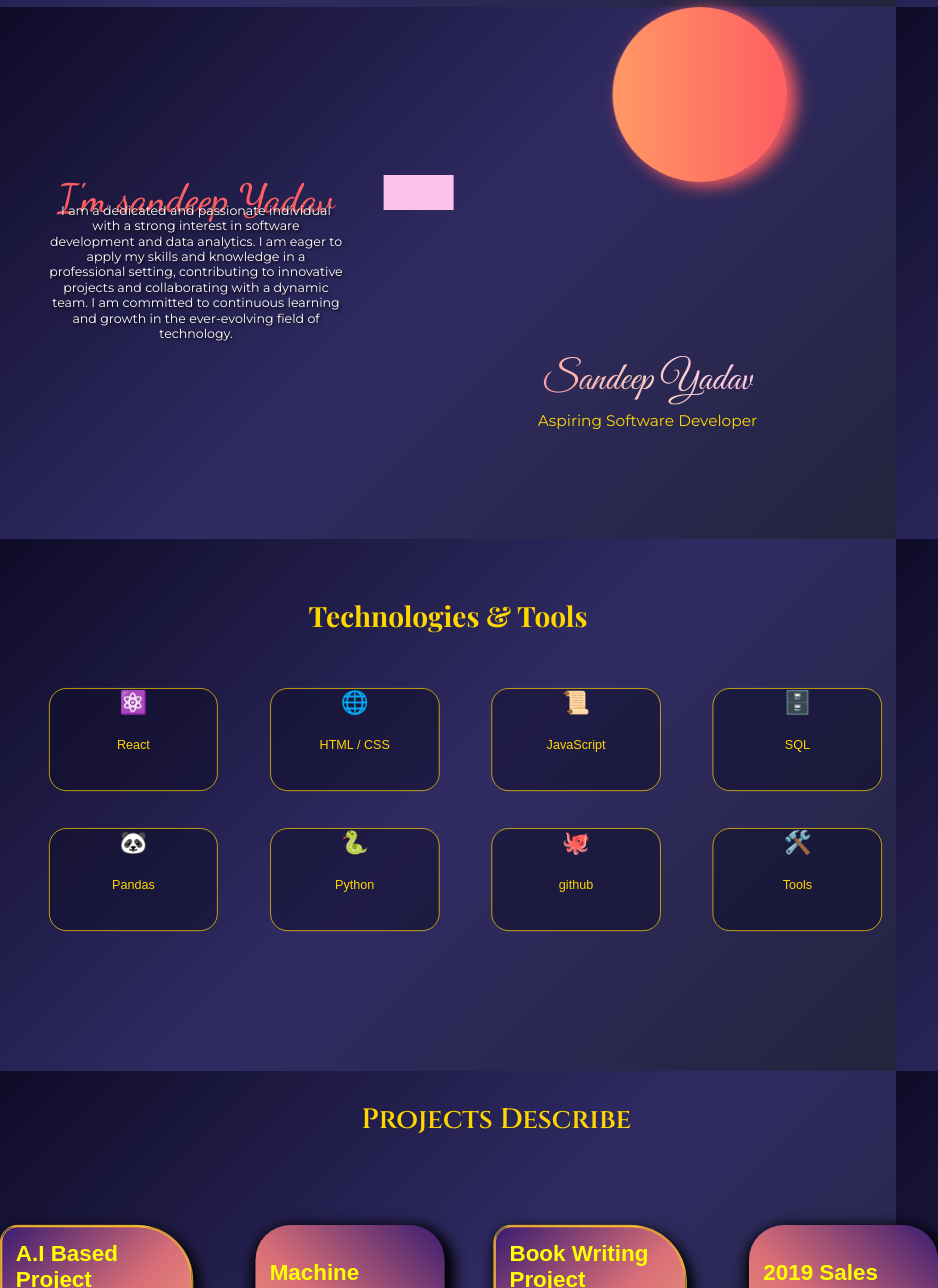
Repository: SandeepYadav18717/Sandeep_portfolio
Page: /
The author's editor kept a copy of each file at every save. The page is drawn from the files as they stood at one save, then again after the next save.
The browser window is 1280 px wide. The page is 1340 px wide, so the pictures cover 1340 px, including what lies to the right of the window. The pictures show the part of the page from y = 750 to 2590 px (the page is 4565 px tall), at 70% of full size.
The project was rebuilt for these pictures with package versions that can differ from the ones it lists, and the page was loaded fresh each time. Also part of the build but not shown: vite.config.js.

Above is the page before, as saved 2025-09-03 05:53:16.

### index.html
<<<<<<< HEAD
 <!DOCTYPE html>
<html lang="en">
<head>
    <meta charset="UTF-8">
    <meta name="viewport" content="width=device-width, initial-scale=1.0">
    <title>Portfolio - Sandeep Yadav</title>
    <style>
        body {
            margin: 0;
            font-family: 'Arial', sans-serif;
            background-color: #ffffff;
            color: #333333;
            height: 100vh;
            display: flex;
            flex-direction: column;
            justify-content: space-between;
        }

        .container {
            max-width: 1200px;
            margin: 0 auto;
            padding: 20px;
            flex: 1;
        }

        .navbar {
            display: flex;
            justify-content: space-between;
            align-items: center;
            padding: 20px;
            background-color: #f8f8f8;
            box-shadow: 0 4px 8px rgba(0, 0, 0, 0.1);
            animation: slideIn 1s ease-out;
        }

        .navbar ul {
            list-style: none;
            display: flex;
            gap: 20px;
        }

        .navbar ul li {
            display: inline;
        }

        .navbar ul li a {
            color: #333333;
            text-decoration: none;
            font-weight: bold;
            transition: color 0.3s;
        }

        .navbar ul li a:hover {
            color: #007bff;
        }

        .hero {
            text-align: center;
            padding: 100px 20px;
            background: linear-gradient(135deg, #f8f8f8, #ffffff);
            animation: fadeIn 2s ease-in-out;
            flex: 1;
        }

        .hero h1 {
            font-size: 3em;
            margin: 0;
            color: #007bff;
            animation: bounceIn 1.5s ease-in-out;
        }

        .hero p {
            font-size: 1.2em;
            margin: 20px 0;
            color: #333333;
            animation: fadeIn 2s ease-in-out;
        }

        .hero a {
            display: inline-block;
            padding: 10px 20px;
            color: #ffffff;
            background-color: #007bff;
            text-decoration: none;
            border-radius: 5px;
            transition: background-color 0.3s;
            animation: fadeIn 2s ease-in-out;
        }

        .hero a:hover {
            background-color: #0056b3;
        }

        .footer {
            text-align: center;
            padding: 20px;
            background-color: #f8f8f8;
            animation: slideIn 1s ease-out;
        }

        .footer a {
            color: #007bff;
            text-decoration: none;
        }

        @keyframes slideIn {
            from {
                transform: translateY(-100%);
                opacity: 0;
            }
            to {
                transform: translateY(0);
                opacity: 1;
            }
        }

        @keyframes fadeIn {
            from {
                opacity: 0;
            }
            to {
                opacity: 1;
            }
        }

        @keyframes bounceIn {
            0%, 20%, 40%, 60%, 80%, 100% {
                transform: translateY(0);
            }
            50% {
                transform: translateY(-20px);
            }
        }
    </style>
</head>
<body>
    <div class="container">
        <nav class="navbar">
            <div class="logo">
                <h1>Portfolio</h1>
            </div>
            <ul>
                <li><a href="index.html">Home</a></li>
                <li><a href="about sandeep.html">About</a></li>
                <li><a href="Sandeep port experience.html">Skills</a></li>
                <li><a href="Sandeep port certifications.html">Certificates</a></li>
            </ul>
        </nav>

        <section class="hero" id="home">
            <h1>Hello! I Am Sandeep Yadav</h1>
            <p>Welcome to my portfolio. Explore my work and skills.</p>

        </section>

        <footer class="footer">
            <p>Connect with me on <a href="https://instagram.com/sandeepyadav782707?utm_source=qr&igshid=ZDc4ODBmNjlmNQ%3D%3D">Instagram</a> and <a href="https://www.linkedin.com/in/sandeep-yadav-0b6357210">LinkedIn</a></p>
        </footer>
    </div>
</body>
</html>
=======
<!doctype html>
<html lang="en">
  <head>
    <meta charset="UTF-8" />
    <link rel="icon" type="image/svg+xml" href="/vite.svg" />
    <meta name="viewport" content="width=device-width, initial-scale=1.0" />
    <title>Vite + React</title>
  </head>
  <body>
    <div id="root"></div>
    <script type="module" src="/src/main.jsx"></script>
  </body>
</html>
>>>>>>> 4fd1c6c (Initial upload of React portfolio project)

### src/App.jsx
import { useEffect } from "react";
import Navbar from "./navbar/Navbar";
import Index from "./Pages/Index";
import Skills from "./Pages/Skills";

import Cards  from "./Cards/Cards";
import Contact from "./Contact/contact";
import Cert from "./Certifitae/Certi.jsx";   // 👈 yaha import kar

import "./App.css";

function App() {
  useEffect(() => {
    const observer = new IntersectionObserver(
      (entries) => {
        entries.forEach((entry) => {
          if (entry.isIntersecting) {
            entry.target.classList.add("visible");
          } else {
            entry.target.classList.remove("visible");
          }
        });
      },
      { threshold: 0.2 } // 20% section visible hote hi trigger
    );

    document.querySelectorAll(".section").forEach((sec) => {
      observer.observe(sec);
    });

    return () => observer.disconnect();
  }, []);

  return (
    <>


      <Navbar />
      <section id="home" className="section"><Index /></section>
      <section id="skills" className="section"><Skills /></section>
      <section id="projects" className="section"><Cards /></section>
      <section id="Certifitae" className="section"><Cert /></section>
       <section id="contact" className="section"><Contact /></section>
    </>
  );
}

export default App;

### src/Navbar/Navbar.jsx
import "./Navabr.css";



import { useState,useEffect } from 'react'
function Navbar() {
  const [loaded, setLoaded] = useState(false);

  useEffect(() => {
    // Trigger animation when component mounts
    setLoaded(true);
  }, []);
  function About(){
    location.href = 'Home.jsx';
    console.log("clickedded");
  }
  function Project(){
    location.href = 'Cards.jsx';
    console.log("clicked");
  }

    return (
        <div id="container">
       <a href="#home" className="nav-item">Home</a>
        <a href="#skills" className="nav-item">Skills</a>
        <a href="#projects" className="nav-item">Projects</a>
        <a href="#Certifitae" className="nav-item">Certificate</a>
        <a href="#contact" className="nav-item">Contact</a>
        </div>
    )
}

export default Navbar;

### src/Pages/Index.jsx

import "./Home.css";
import Linkdin from "../Pages/Linkdin.png"; // Adjust the path based on the actual location

function Home() {
  return (
    <>

     <div id="detail">


     <div id="overlay">I'm sandeep Yadav
       <div id="Linkdin">
        <img src={Linkdin} alt=""
        style={{
        width: "120px",
        height: "120px",
         borderRadius: "50%",
        objectFit: "cover",
        border: "2px solid #0A66C2",
           marginTop: "0px"   }} />
       </div>
      <div id="Instagram"></div>
      <div id="twitter"></div>
     </div>
     <div id="bg-Photo">

     </div>

     <div id="intro">

          I am a dedicated and passionate individual with a strong interest in
          software development and data analytics. I am eager to apply my skills
          and knowledge in a professional setting, contributing to innovative
          projects and collaborating with a dynamic team. I am committed to
          continuous learning and growth in the ever-evolving field of
          technology.

    </div>


   <div id="name">

          Sandeep Yadav
      </div>

   <div id="role">
          Aspiring Software Developer


     </div></div>
     <br/><br/><br/><br/><br/>
    </>
  );
}

export default Home;

### src/Pages/Skills.jsx
import { Card } from "../Cards/Cards"
import "./Skills.css"


function Skills() {
  return (
    <>
      <h1> Technologies & Tools</h1>
      <div id="card-skill">
        <Card
          className="card-skill-1"
          title={<>⚛️</>}
          description="React"
        />
        <Card
          className="card-skill-2"
          title={<>🌐</>}
          description="HTML / CSS"
        />
        <Card
          className="card-skill-3"
          title={<>📜</>}
          description="JavaScript"
        />
        <Card
          className="card-skill-4"
          title={<>🗄️</>}
          description="SQL"
        />
      </div>

      {/* another div line 2 */}
      <div id="card-skill">
        <Card
          className="card-skill-1"
          title={<>🐼</>}
          description="Pandas"
        />
        <Card
          className="card-skill-2"
          title={<>🐍</>}
          description="Python"
        />
        <Card
          className="card-skill-3"
          title={<>🐙</>}
          description="github"
        />
        <Card
          className="card-skill-4"
          title={<>🛠️</>}
          description="Tools"
        />
      </div>
    </>
  )
}

export default Skills;

### src/Contact/contact.jsx
import { useState } from "react";
import "./contact.css";

function Contact() {
  const [name, setName] = useState("");
  const [Email, setEmail] = useState("");
  const [phone, setPhone] = useState("");
  function on(event){
    setName(event.target.value)

  }
   function email(event){
    setEmail(event.target.value)

  }
   function Phone(event){
    setPhone(event.target.value)

  }


  return (
    <>
    <div id="heading">Get in <span style={{color:"gold"}}>Touch</span> With Us
</div>
<br />
<div id="value">
      <input
        type="text"
        onChange={on}

        placeholder="Enter your name"
        className="input-box"
      /><br />
      {name}

      <br />

      <input
      className="input-box"
        type="email"
        onChange={email}
        placeholder="Enter your Email"
      /><br />
     Email is: {Email}
<br />
       <input
       className="input-box"
        type="Phone"
        onChange={Phone}

        placeholder="Enter your Phone number"
      />
      <br />
      Mobile No:{phone}
      <br />
    <br />

  <button >submit</button>
    </div>
    </>
  );
}


export default Contact;

### src/Certifitae/Certi.jsx

import Card from "../Cards/Cards";

import "./certi.css";
import python from "./python.png";
import Html from "./Html.jpg";
import image from "./image_cd97ae3d-5304-4b07-9a13-3357f6d9babd20230831_163952.jpg";
import go from "./Googleanalytics.jpg";

function Cert() {
  return (
    <div>
<h1 style={{ fontFamily: 'Playfair Display' }}> Certifications & Achievements</h1>
      <div id="card-skills">

        <ul>
          <img src={python} alt="python" />

          <img src={Html} alt="" />

          <img src={go} />

        </ul>


      </div>


    </div>
  );
}

export default Cert;

### src/App.css

html { scroll-behavior: smooth; }

.section {
  min-height: 100vh;
  opacity: 0;
  transform: translateY(80px);
  transition: all 1.2s ease-in-out;
  transition-delay: 0.3s;
}

.section.visible {
  opacity: 1;
  transform: translateY(0);
}

### src/Navbar/Navabr.css
@import url('https://fonts.googleapis.com/css2?family=Press+Start+2P&display=swap');
html {
  scroll-behavior: smooth;
}
#container {
    height: 70px;
    width: 100%;
    display: flex;
    justify-content: space-evenly;
    align-items: center;
    font-family: 'Press Start 2P', cursive;
    color: #4e3940;
    background-color: transparent;
    transition: all 0.2s ease-in-out;
}
#container

.nav-item {
    padding: 10px 25px;
    border-radius: 10px;


    transition: all 0.4s ease;
}

#container .nav-item:hover {
    text-shadow: 2px 2px 5px whitesmoke;
    box-shadow: 0 10px 20px rgba(0,0,0,0.5);
    transform: translateY(-10px) scale(1.1);
    background-color:  #4e3940;
    color: whitesmoke;
    cursor: pointer;
}

body{
    background: linear-gradient(135deg,black);
    height: 100vh;
}

### src/Pages/Home.css
@import url('https://fonts.googleapis.com/css2?family=Great+Vibes&display=swap');
@import url("https://fonts.googleapis.com/css2?family=Dancing+Script:wght@600&display=swap");

#detail {
  position: relative;
  margin-top: 0%;
  height: auto;
  padding: 50px;
  display: flex;
  flex-direction: column;
  align-items: center;
}

#bg-Photo {
  height: 250px;
  width: 250px;
  background: linear-gradient(to right, #ff9966, #ff5e62);
  border-radius: 50%;
  margin-bottom: 30px;
  margin-left: 100vh;
  box-shadow: 12px 5px 25px #ff5e62;
  animation: photoSlide 1.5s ease forwards;
   display:flex;
 justify-content: space-between;

}

@keyframes photoSlide {
  from {
    transform: translateY(-200%);
    opacity: 0;
  }
  to {
    transform: translateY(0);
    opacity: 1;
  }
}


#name {
  font-family: 'Montserrat', sans-serif;
  font-size: 30px;
  color: white;
  margin-bottom: 10px;
  margin-left: 50%;
  animation: nameSlide 1.5s ease forwards;
}

@keyframes nameSlide {
  from {
    transform: translateX(-100%);
    opacity: 0;
  }
  to {
    transform: translateX(0);
    opacity: 1;
  }
}


#role {
  font-family: 'Montserrat', sans-serif;
  font-size: 22px;
  color: #ffd700;
  margin-bottom: 20px;
  animation: roleSlide 1.5s ease forwards;
  margin-left: 50%;
}

@keyframes roleSlide {
  from {
    transform: translateX(100%);
    opacity: 0;
  }
  to {
    transform: translateX(0);
    opacity: 1;
  }
}


#intro {
  font-family: 'Montserrat', sans-serif;
  font-size: 18px;
  color: white;
  text-align: center;
  margin-right: 100vh;
  max-width: 100vh;
  text-shadow: 2px 2px 5px black;
  animation: introSlide 2s ease forwards;
  opacity: 0;
}

@keyframes introSlide {
  from {
    transform: translateY(200%);
    opacity: 0;
  }
  to {
    transform: translateY(0);
    opacity: 1;
  }
}
#overlay {
  position: absolute;
  color:  #ff5e62;
  top: 40%;
  left: 5%;
  font-size: 400%;
  height: 100%;
}

#name {
  font-family: 'Great Vibes', cursive;
  font-size: 3.5rem;
  text-align: center;
  margin-top: 20px;


  background: linear-gradient(45deg, #ff9a9e, #fad0c4, #fbc2eb);
  background-clip: text;
  -webkit-text-fill-color: transparent;
}
#overlay{
   font-family:  'Dancing Script', cursive;
  font-size: 3.5rem;
  text-align: center;
  display:flex;
  gap:10px


}




#Linkdin{
  height:50px;
  width:50px;
  margin-top: 450%;
  background-color: red;
  border-radius: 50%;
  animation: photoSlide 1.5s ease forwards;
}
#instagram{
  background-color: #fbc2eb;
   height:50px;
  width:100px;
}

### src/Pages/Skills.css
@import url("https://fonts.googleapis.com/css2?family=Monoton&display=swap");
@import url('https://fonts.googleapis.com/css2?family=Playfair+Display:wght@400;700&display=swap');

html {
  scroll-behavior: smooth;
}
h1 {
  text-align: center;
  color: gold;

  margin-top: 20px;
  font-size: 250%;
  margin-top: 5%;
  font-family: 'Playfair Display';
}
#card-skill {
  height: 200px;
  display: flex;

  align-items: center;
  gap:2%;
  border-radius: 20px;
  color: white;
  width:100%




}
.card-skill-1,.card-skill-2,.card-skill-3,.card-skill-4{
    background-color:  rgba(15, 12, 41, 0.7);
    border: 1px solid gold;
    height:145px;
    width:250px;
    background: rgba(15, 12, 41, 0.5);
    border-radius: 25px;
    margin-left: 4%;
    margin-top: 5%;
    text-align: center;
    color: #ffd700


 ;


}
.card-skill-1:hover,.card-skill-2:hover,.card-skill-3:hover,.card-skill-4:hover,.card-skill.h3:hover{
    border-color: #ffd700;
    box-shadow: 10px 15px 15px rgba(255, 215, 0, 0.2),  0 2.5px 5px crimson;
    transform: scale(1.3);
    border:2px, double ,gold;

}
.card-skill.h3 {
  color: yellow;
  background: transparent;
  display: inline-block;
  font-size: 20px;
  transition: transform 0.3s ease, color 0.3s ease;
  height: 35px;
  width:250px;
}

### src/Contact/contact.css
html {
  scroll-behavior: smooth;
}

body{
    background-color: azure;
    color: aqua;
    font-size: large;
}
.input-box {
             display: inline-flex;
            align-items: center;
            gap: 15px;
            margin-top: 2%;
            padding: 18px 40px;
            background: linear-gradient(135deg, var(--gold) 0%, #B8860B 100%);
            color: var(--dark);
            border: none;
            font-weight: 600;
            border-radius: 2px;
            transition: var(--transition);
            box-shadow: 0 10px 30px rgba(212, 175, 55, 0.3);
            cursor: pointer;



}
@keyframes input {
   25% {
    transform: translateY(-1225px);
  }
  50% {
    transform: translateZ(100px) translateY(100px);
  }
  75% {
    transform: translateZ(1225px);
  }
}


.input-box:focus {
  border-color: #007bff;
  box-shadow: -4px 15px 25px rgba(240, 241, 243, 0.5);
  width: 500px;

}
button{
    display: inline-flex;
            align-items: center;

            gap: 15px;
            padding: 18px 40px;
            background: linear-gradient(to right, #ff9966, #ff5e62);
            color: Gold;
            border: yellow;
            font-weight: 600;
            border-radius: 2px;
            transition: var(--transition);
            box-shadow: 0 10px 30px rgba(212, 175, 55, 0.3);
            cursor: pointer;
}
button:hover{
     transform: translateY(-3px);
            box-shadow: 0 15px 40px rgba(212, 175, 55, 0.4);
}
#heading{
    font-size: xxx-large;
    color:  #f9dcdc;
    text-shadow: 1px 1px 4px  gold;
    text-align: center;
}

Loaded but not shown: src/main.jsx (common file); src/index.css (common file); src/Cards/Cards.jsx (86 lines, source omitted); src/Cards/Card.css (149 lines, source omitted); src/Certifitae/certi.css (65 lines, source omitted)

After the next save:
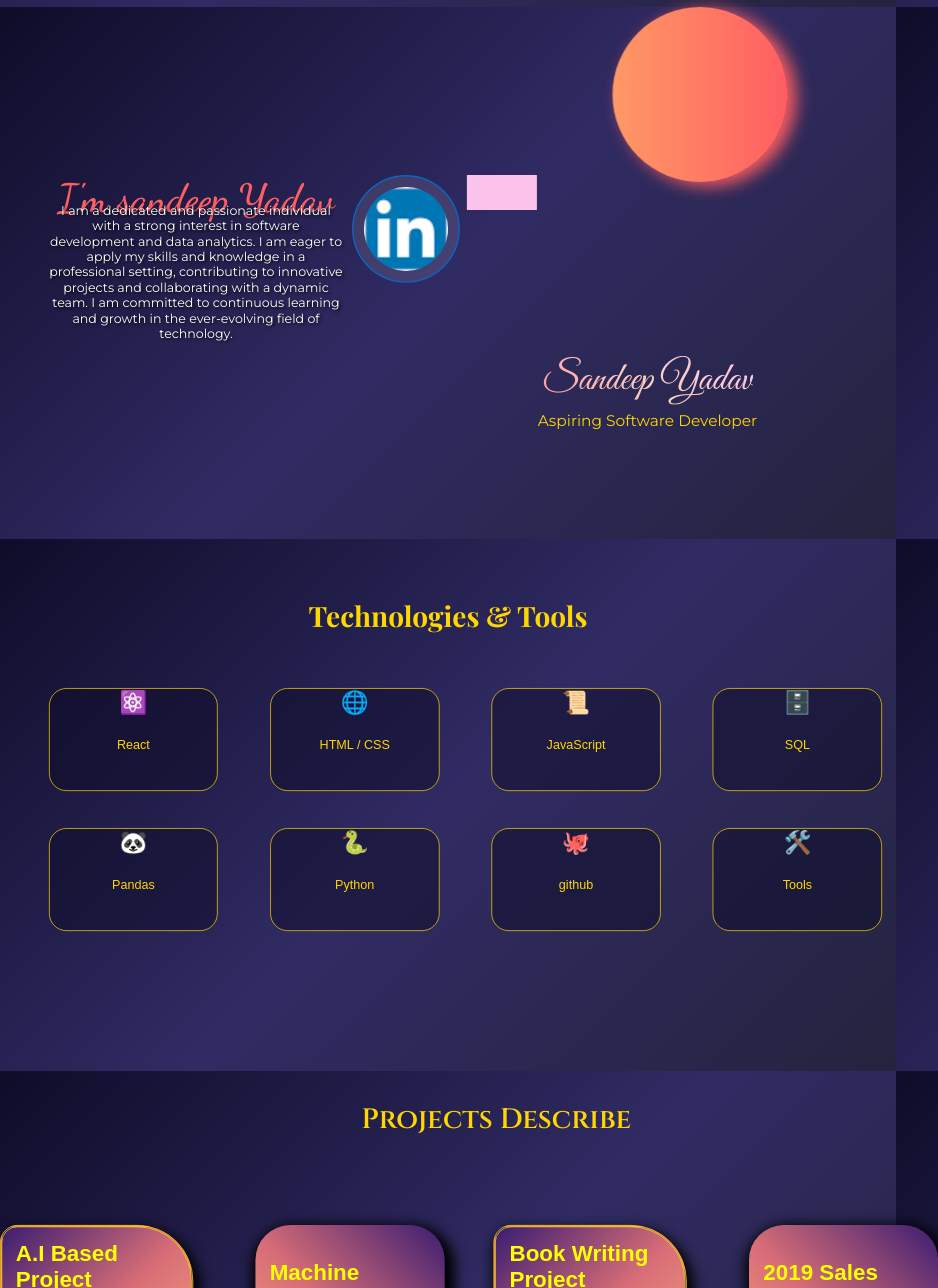
Saved 36 s later.
--- a/src/Pages/Home.css
+++ b/src/Pages/Home.css
@@ -134,14 +134,7 @@
 
 
 
-#Linkdin{
-  height:50px;
-  width:50px;
-  margin-top: 450%;
-  background-color: red;
-  border-radius: 50%;
-  animation: photoSlide 1.5s ease forwards;
-}
+
 #instagram{
   background-color: #fbc2eb;
    height:50px;

After the save that followed:
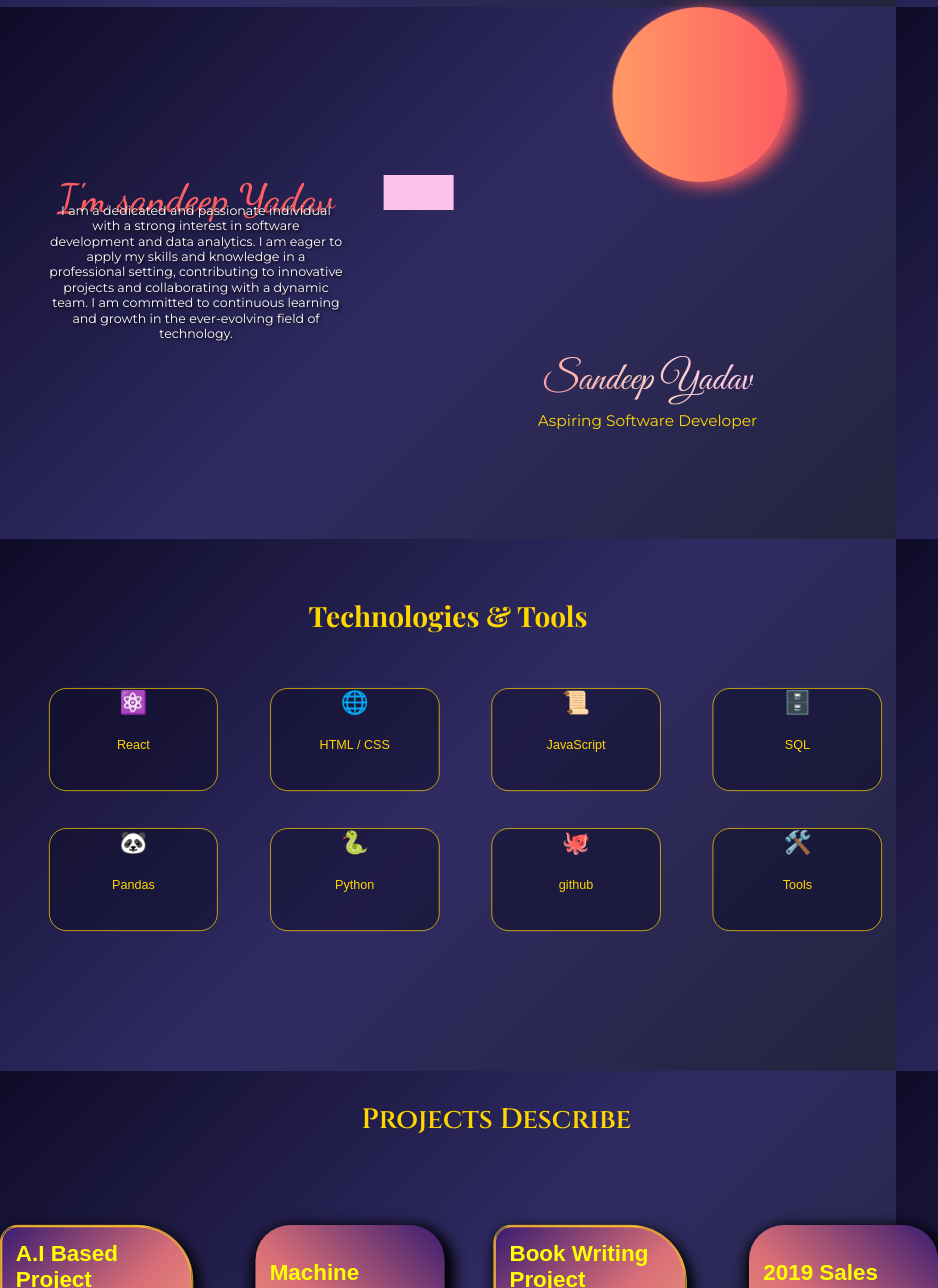
Saved 37 s later.
--- a/src/Pages/Home.css
+++ b/src/Pages/Home.css
@@ -134,7 +134,14 @@
 
 
 
-
+#Linkdin{
+  height:50px;
+  width:50px;
+  margin-top: 450%;
+  background-color: red;
+  border-radius: 50%;
+  animation: photoSlide 1.5s ease forwards;
+}
 #instagram{
   background-color: #fbc2eb;
    height:50px;
